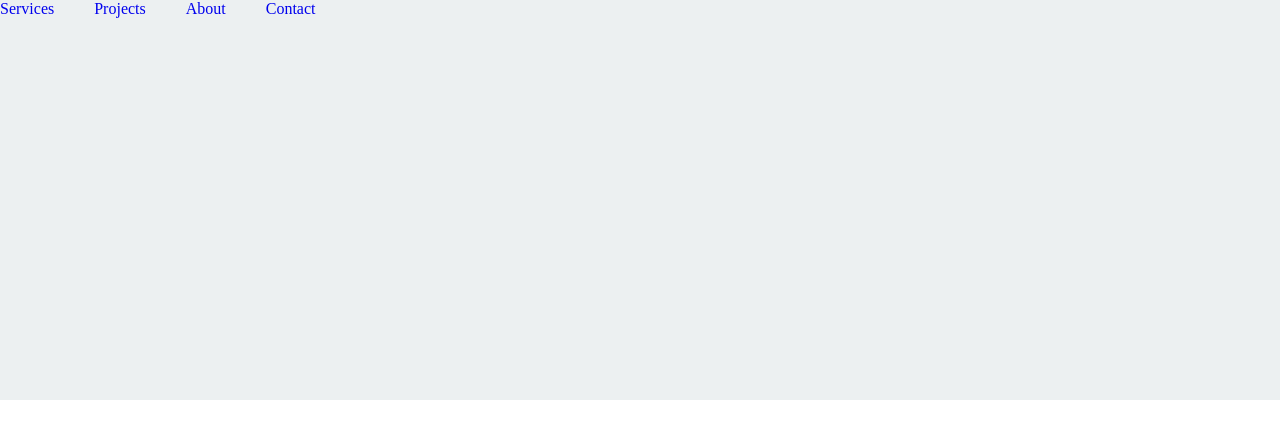
Repository: arifshahriyarnader/css-flexbox
Page: Exercise 1/index.html
These files come from the project's save history. The page is drawn as it stood at one moment and after a run of saves; the edit follows.
The browser window is 1280 px wide. The pictures show the whole page.

Above is the page before, as saved 2024-06-15 13:02:05.

### Exercise 1/index.html
<!DOCTYPE html>
<html lang="en">
<head>
    <meta charset="UTF-8">
    <meta name="viewport" content="width=device-width, initial-scale=1.0">
    <title>Navbar Using Flexbox</title>
    <link rel="stylesheet" href="css/style.css">
</head>
<body>
   <nav class="menubar_sec">
       <div class="first_navbar">
        <div></div>
        <div class="leftmenu_link">
            <ul>
                <li><a href="#">Services</a></li>
                <li><a href="#">Projects</a></li>
                <li><a href="#">About</a></li>
                <li><a href="#">Contact</a></li>
            </ul>
           </div>
       </div>
   </nav>
</body>
</html>

### Exercise 1/css/style.css
*{
    margin: 0px;
    padding: 0px;
}

ul{
    list-style: none;
}
a{
    text-decoration: none;
}

.menubar_sec{
    background-color: #ECF0F1;
    min-height:400px;
    display:flex;
    justify-content: space-between;
}

.leftmenu_link ul{
    display: flex;
    gap:40px;

}

After the next 2 saves:
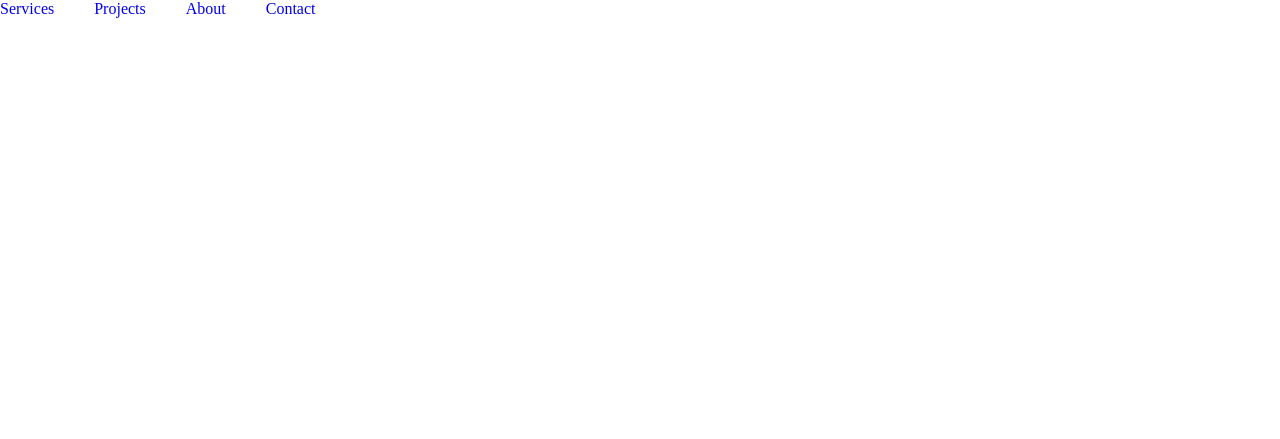
The 2 saves are shown as one change because they came seconds apart.
The last was saved 6 s later.
--- a/Exercise 1/css/style.css
+++ b/Exercise 1/css/style.css
@@ -9,7 +9,7 @@
 a{
     text-decoration: none;
 }
-
+.menubar_sec
 .menubar_sec{
     background-color: #ECF0F1;
     min-height:400px;

After the save that followed:
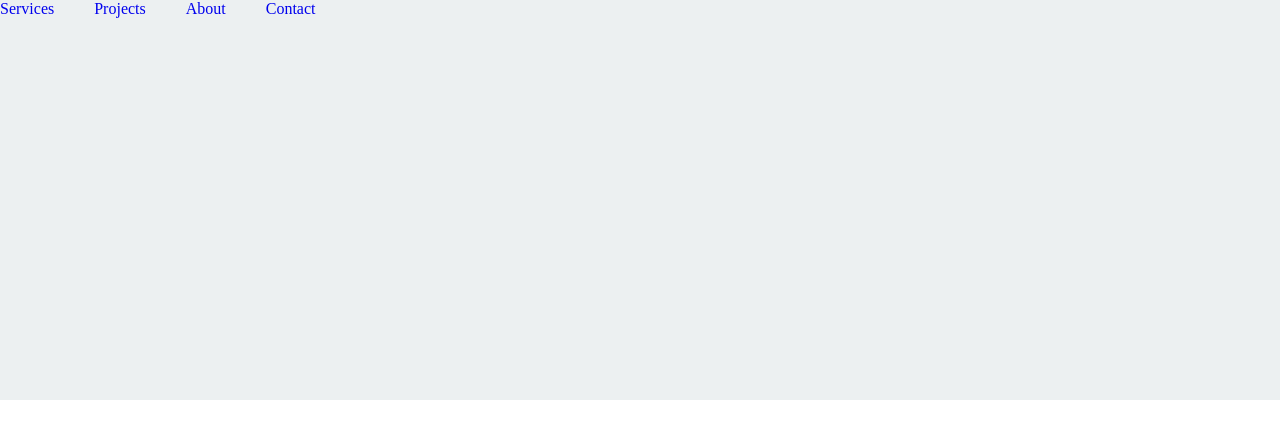
Saved 6 s later.
--- a/Exercise 1/css/style.css
+++ b/Exercise 1/css/style.css
@@ -9,7 +9,6 @@
 a{
     text-decoration: none;
 }
-.menubar_sec
 .menubar_sec{
     background-color: #ECF0F1;
     min-height:400px;
